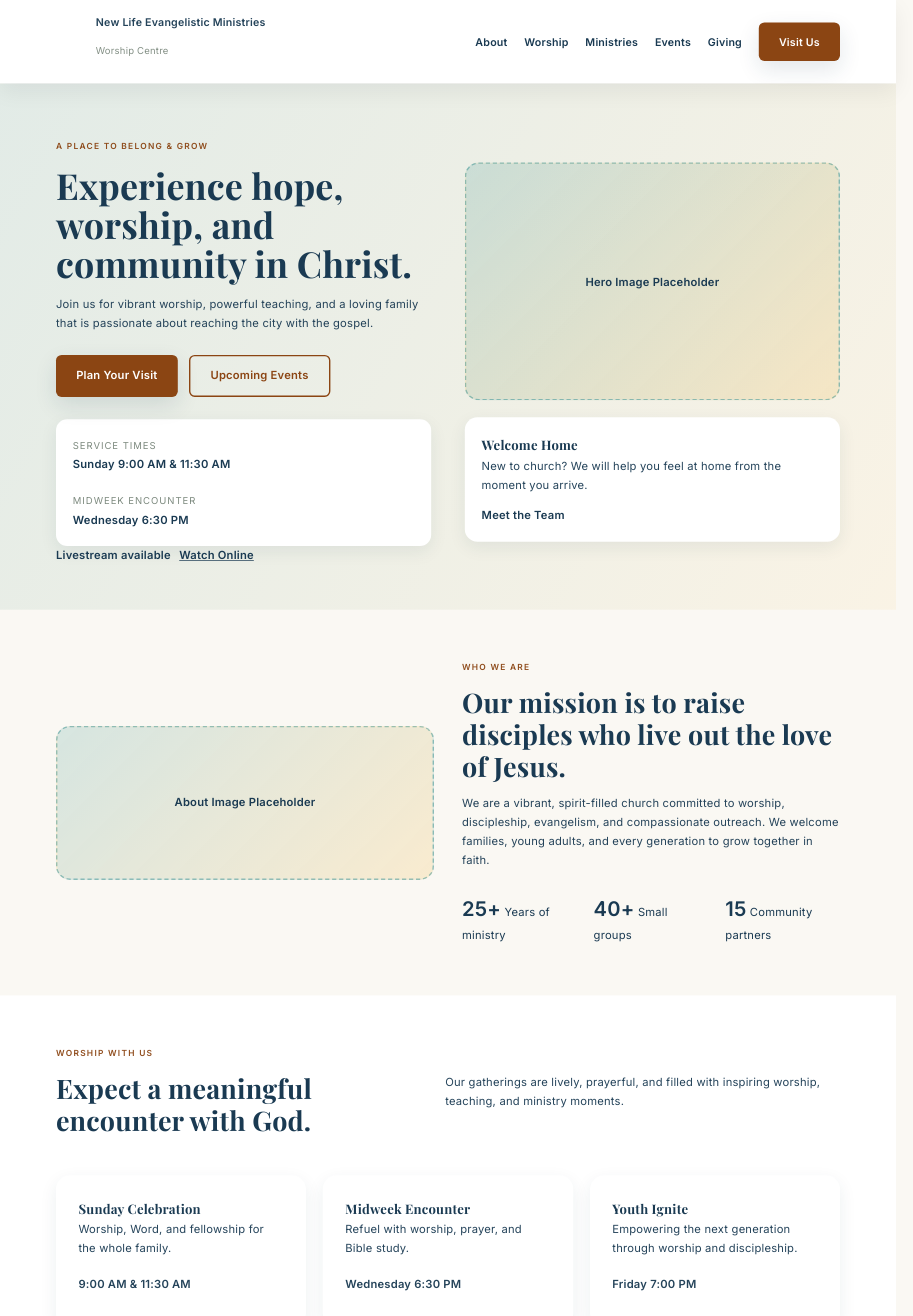
Repository: bilaal441/church
Page: index.htm
An editor plug-in stored every save of this project. The page is shown before and after the next save, followed by the edit.
The browser window is 1280 px wide. The page is 1304 px wide, so the pictures cover 1304 px, including what lies to the right of the window. The pictures show the part of the page from y = 0 to 1880 px (the page is 5618 px tall before and 5620 px after), at 70% of full size.

Above is the page before, as saved 2026-01-19 22:09:39.

After the next save:
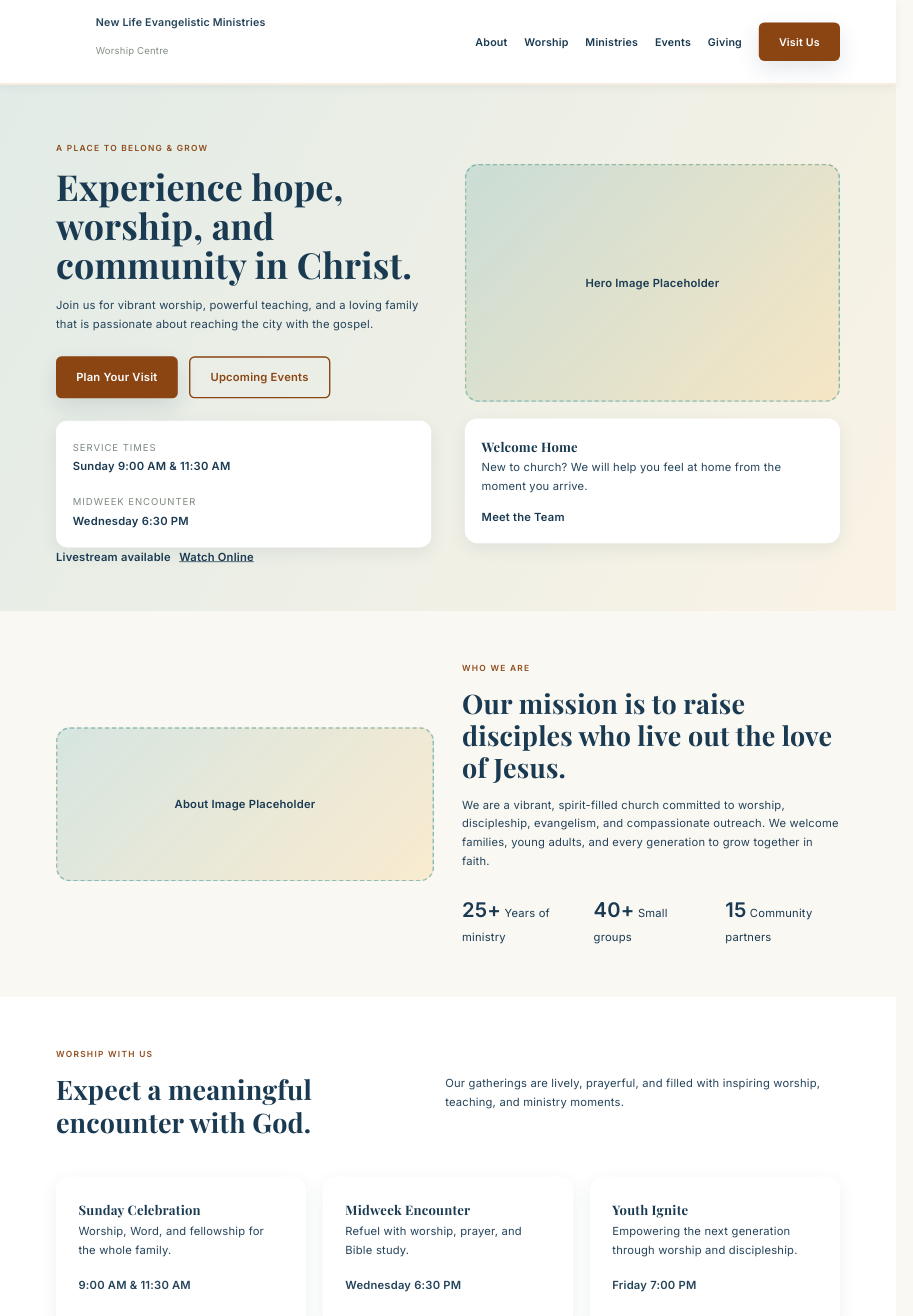
Saved 4 s later.
--- a/style.css
+++ b/style.css
@@ -124,7 +124,8 @@
   position: sticky;
   top: 0;
   z-index: 20;
-  box-shadow: 0 12px 30px rgba(15, 23, 42, 0.06);
+  box-shadow: 0 4px 12px rgba(26, 58, 82, 0.05);
+  border-bottom: 2px solid var(--light-gold);
 }
 
 .header-content {
